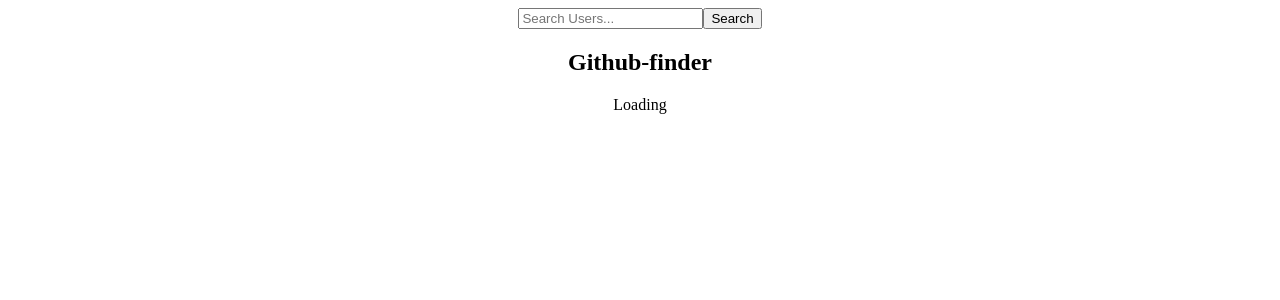
Repository: Tambarie/github-finder
Page: /
The author's editor kept a copy of each file at every save. The page is drawn from the files as they stood at one save, then again after a run of saves.
The browser window is 1280 px wide. The pictures show the whole page.
The page's requests for data from a server got no answer. The project was rebuilt for these pictures with package versions that can differ from the ones it lists, and the page was loaded fresh each time. No one was signed in, and anything a server would have sent is missing. Also part of the build but not shown: src/components/users/UserItem.js.

Above is the page before, as saved 2021-11-09 23:47:19.

After the next 2 saves:
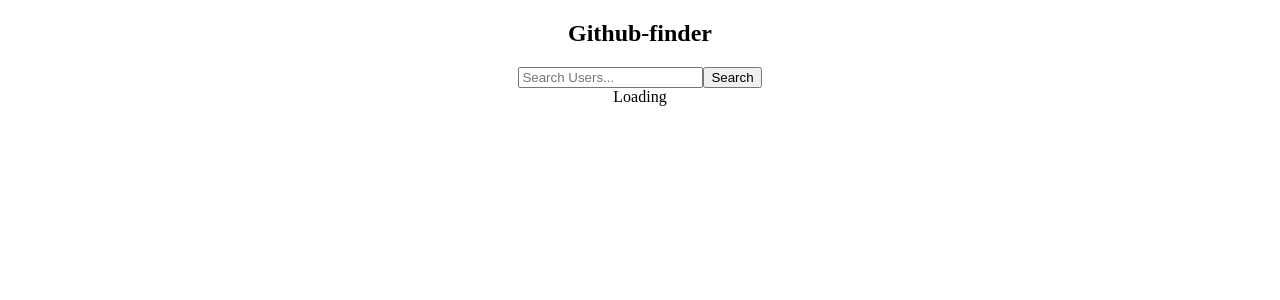
The 2 saves are shown as one change because they came seconds apart.
The last was saved 81 s later.
--- a/src/App.js
+++ b/src/App.js
@@ -25,8 +25,8 @@
   const icon = 'fab fa-github'
   return (
     <div className='App'>
+      <Navbar title={title} icon={icon} />
       <Search />
-      <Navbar title={title} icon={icon} />
       <Users loading={state} users={users} />
     </div>
   )
